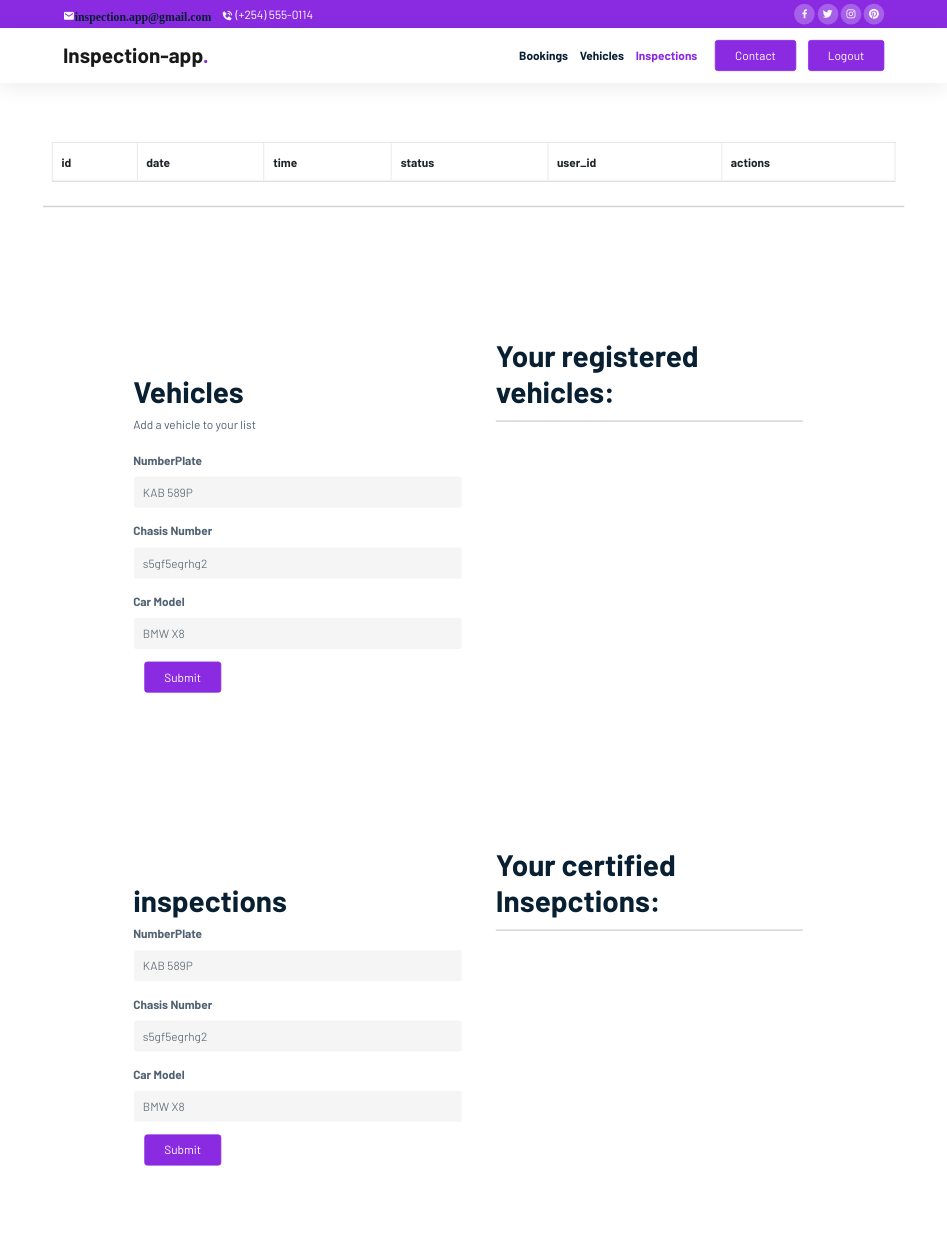
Repository: Jaynie8085/INSPECTION-APP
Page: client/admnDashboard.html
These files come from the project's save history. The page is drawn as it stood at one moment and after the next save; the edit follows.
The browser window is 1280 px wide. The pictures show the whole page, at 74% of full size.
The page's requests for data from a server got no answer. Some web libraries are served in a nearby version.

Above is the page before, as saved 2022-10-17 05:51:53.
Console error: ReferenceError: fetchBookings is not defined

### client/admnDashboard.html
<!DOCTYPE html>
<html lang="en">

<head>
    <meta charset="UTF-8">
    <meta http-equiv="X-UA-Compatible" content="IE=edge">
    <meta name="viewport" content="width=device-width, initial-scale=1.0">
    <script src="/js/axios/dist/axios.min.js"></script>
    <script src="main.js"></script>
    <!-- Bootstrap CSS -->
    <link rel="stylesheet" href="css/bootstrap.min.css">
    <link rel="stylesheet" href="css/owl.carousel.min.css">
    <link rel="stylesheet" href="css/owl.theme.default.min.css">
    <link href='https://unpkg.com/boxicons@2.1.1/css/boxicons.min.css' rel='stylesheet'>
    <link rel="stylesheet" href="https://stackpath.bootstrapcdn.com/bootstrap/4.1.3/css/bootstrap.min.css"
        integrity="sha384-MCw98/SFnGE8fJT3GXwEOngsV7Zt27NXFoaoApmYm81iuXoPkFOJwJ8ERdknLPMO" crossorigin="anonymous">
    <link rel="stylesheet" href="css/style.css">
    <title>userDashboard</title>
</head>

<body>

    <body data-bs-spy="scroll" data-bs-target=".navbar" data-bs-offset="70">


        <!-- TOP NAV -->
        <div class="top-nav" id="home">
            <div class="container">
                <div class="row justify-content-between">
                    <div class="col-auto">
                        <p> <i class='bx bxs-envelope'><a href="admnDashboard.html">inspection.app@gmail.com</p></a></i>
                        <p> <i class='bx bxs-phone-call'></i> (+254) 555-0114</p>
                    </div>
                    <div class="col-auto social-icons">
                        <a href="#"><i class='bx bxl-facebook'></i></a>
                        <a href="#"><i class='bx bxl-twitter'></i></a>
                        <a href="#"><i class='bx bxl-instagram'></i></a>
                        <a href="#"><i class='bx bxl-pinterest'></i></a>
                    </div>
                </div>
            </div>
        </div>

        <!-- BOTTOM NAV -->
        <nav class="navbar navbar-expand-lg navbar-light bg-white sticky-top">
            <div class="container">
                <a class="navbar-brand" href="admnDashboard.html">Inspection-app<span class="dot">.</span></a>
                <button class="navbar-toggler" type="button" data-bs-toggle="collapse" data-bs-target="#navbarNav"
                    aria-controls="navbarNav" aria-expanded="false" aria-label="Toggle navigation">
                    <span class="navbar-toggler-icon"></span>
                </button>
                <div class="collapse navbar-collapse" id="navbarNav">
                    <ul class="navbar-nav ms-auto">
                        <li class="nav-item">
                            <a class="nav-link" href="#home">Bookings</a>
                        </li>
                        <li class="nav-item">
                            <a class="nav-link" href="#vehicles">Vehicles</a>
                        </li>
                        <li class="nav-item">
                            <a class="nav-link" href="#inspections">Inspections</a>
                        </li>
                        </li>
                    </ul>
                    <a href="#" data-bs-toggle="modal" data-bs-target="#exampleModal"
                        class="btn btn-brand ms-lg-3">Contact</a>
                    <!-- Logout -->
                    <a href="index.html" class="btn btn-brand ms-lg-3">Logout</a>
                </div>

            </div>
        </nav>
        <!-- Bookings -->
        <section id="profile">
            <div class="container">
                <div class="row justify-content-center">
                    <table id="example" class="table table-striped table-bordered">
                        <thead >
                            <tr>
                                <th>id</th>
                                <th>date</th>
                                <th>time</th>
                                <th>status</th>
                                <th>user_id</th>
                                <th>actions</th>
                            </tr>
                        </thead>
                        <tbody editable="true" id="mwili">
                            <!-- Add tbody here | DOM Manupilation -->
                        </tbody>
                    </table>
                    <div id="data-table" class="col-lg-5">
                        <ul id="bookings-list">
                        </ul>
                    </div>
                    <hr>
                </div>
            </div>
        </section>

        <!-- vehicles -->
        <section id="vehicles">
            <div class="container">
                <div class="row justify-content-center">
                    <div id="customer-frm" class="col-lg-5 py-5">
                        <form>
                            <h1>Vehicles</h1>
                            <p>Add a vehicle to your list</p>
                            <div class="form-group">
                                <label for="numberplate" class="form-label">NumberPlate</label>
                                <input type="text" class="form-control" placeholder="KAB 589P" id="numberplate"
                                    aria-describedby="emailHelp">
                            </div>
                            <div class="form-group">
                                <label for="chasisnumber" class="form-label">Chasis Number </label>
                                <input type="text" class="form-control" placeholder="s5gf5egrhg2" id="chasisnumber"
                                    aria-describedby="emailHelp">
                            </div>
                            <div class="form-group">
                                <label for="model" class="form-label">Car Model</label>
                                <input type="model" class="form-control" placeholder="BMW X8" id="model"
                                    aria-describedby="emailHelp">
                            </div>
                            <!-- <div class="col-12">
                        <label for="exampleInputEmail1" class="form-label">Enter General Description</label>
                        <textarea name="" placeholder="Type in your cars general description." class="form-contid=""  rows="4"></textarea>
                    </div> -->

                            <div class="col-12">
                                <button type="submit" class="btn btn-brand" onclick="vehicles();">Submit</button>
                            </div>
                        </form>
                    </div>
                    <div class="col-lg-5">
                        <div class="container center">
                            <h1>Your registered vehicles:</h1>
                            <div>
                                <ul id="quote-list">
                                </ul>
                            </div>
                            <hr>
                        </div>
                    </div>
                </div>
            </div>
            </div>
        </section>

        <!-- inspections -->
        <section id="inspections">
            <div class="container">
                <div class="row justify-content-center">
                    <div id="customer-frm" class="col-lg-5 py-5">
                        <form>
                            <h1>inspections</h1>
                            <!-- <p>Add a vehicle to your list</p> -->
                            <div class="form-group">
                                <label for="numberplate" class="form-label">NumberPlate</label>
                                <input type="text" class="form-control" placeholder="KAB 589P" id="numberplate"
                                    aria-describedby="emailHelp">
                            </div>
                            <div class="form-group">
                                <label for="chasisnumber" class="form-label">Chasis Number </label>
                                <input type="text" class="form-control" placeholder="s5gf5egrhg2" id="chasisnumber"
                                    aria-describedby="emailHelp">
                            </div>
                            <div class="form-group">
                                <label for="model" class="form-label">Car Model</label>
                                <input type="model" class="form-control" placeholder="BMW X8" id="model"
                                    aria-describedby="emailHelp">
                            </div>
                            <!-- <div class="col-12">
                        <label for="exampleInputEmail1" class="form-label">Enter General Description</label>
                        <textarea name="" placeholder="Type in your cars general description." class="form-contid=""  rows="4"></textarea>
                    </div> -->

                            <div class="col-12">
                                <button type="submit" class="btn btn-brand" onclick="vehicles();">Submit</button>
                            </div>
                        </form>
                    </div>
                    <div class="col-lg-5">
                        <div class="container center">
                            <h1>Your certified Insepctions:</h1>
                            <div>
                                <ul id="quote-list">
                                </ul>
                            </div>
                            <hr>
                        </div>
                    </div>
                </div>
            </div>
            </div>
        </section>

        <!-- Modal -->
        <div class="modal fade" id="exampleModal" tabindex="-1" aria-labelledby="exampleModalLabel" aria-hidden="true">
            <div class="modal-dialog modal-dialog-centered modal-xl">
                <div class="modal-content">
                    <div class="modal-body p-0">
                        <div class="container-fluid">
                            <div class="row gy-4">
                                <div class="col-lg-4 col-sm-12 bg-cover"
                                    style="background-image: url(img/isco.jpg); min-height:300px;">
                                    <div>

                                    </div>
                                </div>
                                <div class="col-lg-8">
                                    <form class="p-lg-5 col-12 row g-3">
                                        <div>
                                            <h1>Get in touch</h1>
                                            <p>Feel free to contact us and we will get back to you as soon as possible
                                            </p>
                                        </div>
                                        <div class="col-lg-6">
                                            <label for="userName" class="form-label">First name</label>
                                            <input type="text" class="form-control" placeholder="John" id="userName"
                                                aria-describedby="emailHelp">
                                        </div>
                                        <div class="col-lg-6">
                                            <label for="userName" class="form-label">Last name</label>
                                            <input type="text" class="form-control" placeholder="kamau" id="userName"
                                                aria-describedby="emailHelp">
                                        </div>
                                        <div class="col-12">
                                            <label for="userName" class="form-label">Email address</label>
                                            <input type="email" class="form-control" placeholder="Johnkamaa@gmail.com"
                                                id="userName" aria-describedby="emailHelp">
                                        </div>
                                        <div class="col-12">
                                            <label for="exampleInputEmail1" class="form-label">Enter Message</label>
                                            <textarea name=""
                                                placeholder="Yes,how can we help you,Type your message here."
                                                class="form-control" id="" rows="4"></textarea>
                                        </div>

                                        <div class="col-12">
                                            <button type="submit" class="btn btn-brand">Send Message</button>
                                        </div>
                                    </form>
                                </div>
                            </div>
                        </div>
                    </div>

                </div>
            </div>
        </div>


        <div class="modal fade" id="exampleModal" tabindex="-1" aria-labelledby="exampleModalLabel" aria-hidden="true">
            <div class="modal-dialog modal-dialog-centered modal-xl">
                <div class="modal-content">
                    <div class="modal-body p-0">
                        <div class="container-fluid">
                            <div class="row gy-4">
                                <div class="col-lg-4 col-sm-12 bg-cover"
                                    style="background-image: url(img/c2.jpg); min-height:300px;">
                                    <div>

                                    </div>
                                </div>
                                <div class="col-lg-8">
                                    <form class="p-lg-5 col-12 row g-3">
                                        <div>
                                            <h1>Get in touch with us</h1>
                                            <p>Feel free to contact us and we will get back to you as soon as possible
                                            </p>
                                        </div>
                                        <div class="col-lg-6">
                                            <label for="userName" class="form-label">First name</label>
                                            <input type="text" class="form-control" placeholder="John" id="userName"
                                                aria-describedby="emailHelp">
                                        </div>
                                        <div class="col-lg-6">
                                            <label for="userName" class="form-label">Last name</label>
                                            <input type="text" class="form-control" placeholder="kamau" id="userName"
                                                aria-describedby="emailHelp">
                                        </div>
                                        <div class="col-12">
                                            <label for="userName" class="form-label">Email address</label>
                                            <input type="email" class="form-control" placeholder="Johnkamaa@gmail.com"
                                                id="userName" aria-describedby="emailHelp">
                                        </div>
                                        <div class="col-12">
                                            <label for="exampleInputEmail1" class="form-label">Enter Message</label>
                                            <textarea name=""
                                                placeholder="Yes,how can we help you,Type your message here,,,"
                                                class="form-control" id="" rows="4"></textarea>
                                        </div>

                                        <div class="col-12">
                                            <button type="submit" class="btn btn-brand">Send Message</button>
                                        </div>
                                    </form>
                                </div>
                            </div>
                        </div>
                    </div>

                </div>
            </div>
        </div>

        <script src="js/jquery.min.js"></script>
        <script src="js/bootstrap.bundle.min.js"></script>
        <script src="js/owl.carousel.min.js"></script>

        <script src="https://code.jquery.com/jquery-3.5.1.js"></script>
        <script src="https://cdn.datatables.net/1.12.1/js/jquery.dataTables.min.js"></script>
        <script src="js/app.js"></script>
        <script src="index.js"></script>


    </body>

</html>

Loaded but not shown: client/js/axios/dist/axios.min.js (library); client/css/bootstrap.min.css (library); client/css/owl.carousel.min.css (library); client/css/owl.theme.default.min.css (common file); client/js/jquery.min.js (library); client/js/bootstrap.bundle.min.js (library); client/js/owl.carousel.min.js (library); client/index.js (193 lines, source omitted); client/main.js (172 lines, source omitted); client/js/app.js (34 lines, source omitted); client/css/style.css (543 lines, source omitted)

After the next save:
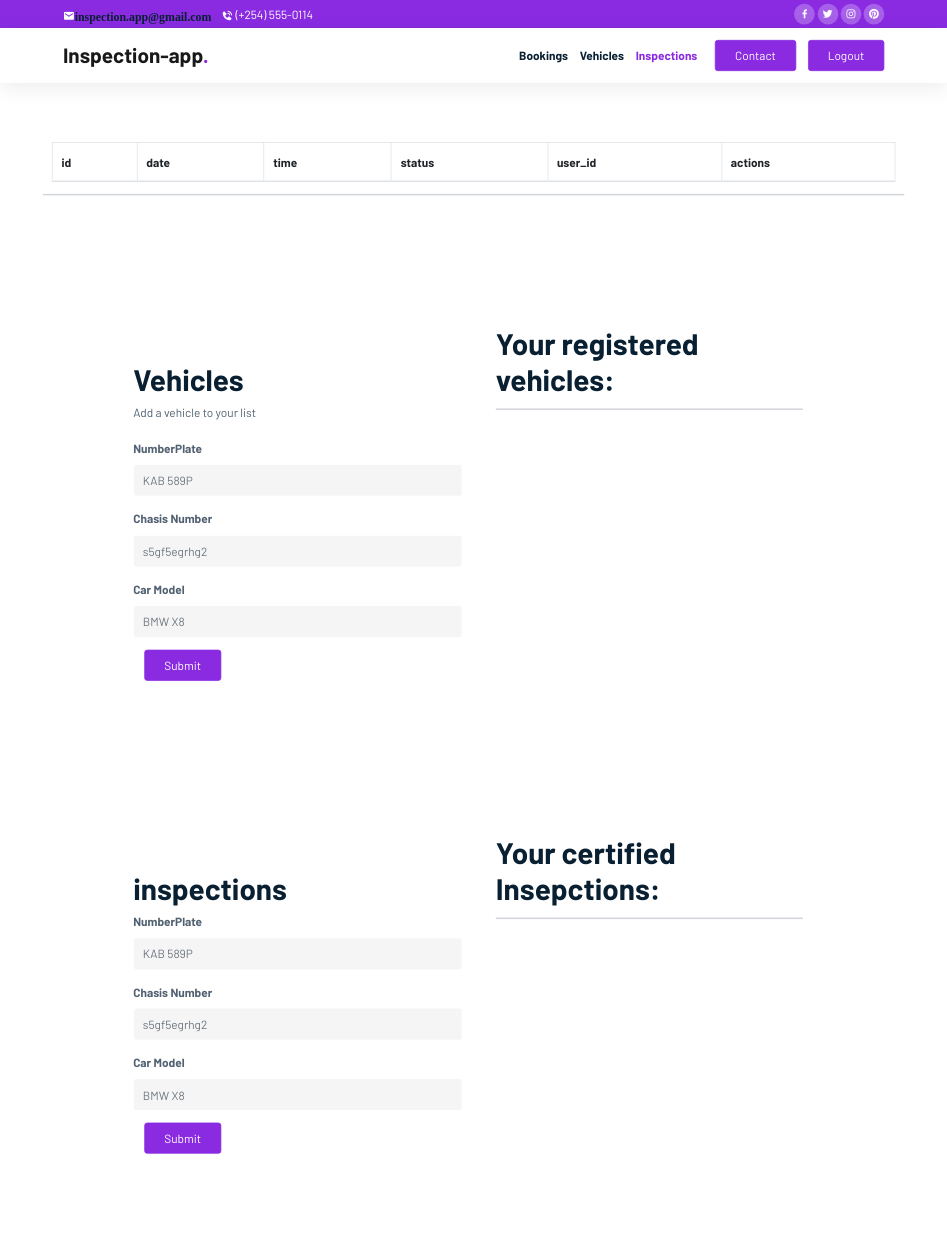
Saved 47 s later.
--- a/client/admnDashboard.html
+++ b/client/admnDashboard.html
@@ -89,10 +89,10 @@
                             <!-- Add tbody here | DOM Manupilation -->
                         </tbody>
                     </table>
-                    <div id="data-table" class="col-lg-5">
+                    <!-- <div id="data-table" class="col-lg-5">
                         <ul id="bookings-list">
                         </ul>
-                    </div>
+                    </div> -->
                     <hr>
                 </div>
             </div>
